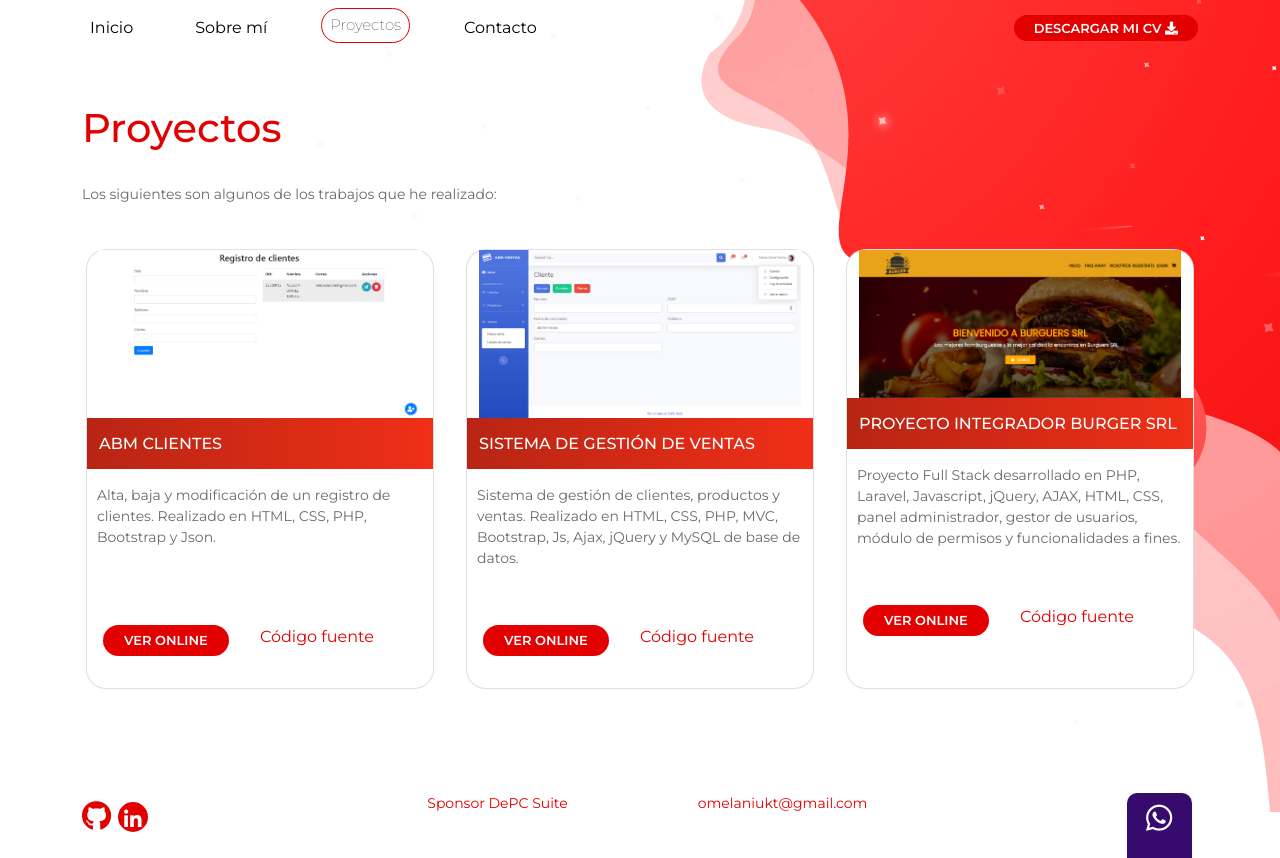
Repository: tamara-o1995/Portafolio
Page: http://localhost/php/proyectos.php
The author's editor kept a copy of each file at every save. The page is drawn from the files as they stood at one save, then again after the next save.
The browser window is 1280 px wide. The pictures show the whole page.
The page is run by PHP 8.4 with error messages shown; the project is at /var/www/html/.

Above is the page before, as saved 2021-09-29 16:21:02.

### proyectos.php

<!DOCTYPE html>
<html lang="es">

<head>
    <meta charset="UTF-8">
    <meta http-equiv="X-UA-Compatible" content="IE=edge">
    <meta name="viewport" content="width=device-width, initial-scale=1.0">
    <title>Proyectos</title>
    <link rel="stylesheet" href="css/bootstrap.min.css">
    <link rel="styesheet" href="css/fontawesome/css/all.min.css">
    <link rel="stylesheet" href="css/fontawesome/css/">
    <link rel="stylesheet" href="https://use.fontawesome.com/releases/v5.15.2/css/all.css" integrity="sha384-vSIIfh2YWi9wW0r9iZe7RJPrKwp6bG+s9QZMoITbCckVJqGCCRhc+ccxNcdpHuYu" crossorigin="anonymous">
    <link href="https://fonts.googleapis.com/css?family=Montserrat:100,200,300,400,500,600,700,800,900&display=swap" rel="stylesheet">
    <link rel="stylesheet" href="css/estilos.css">
    <script src="js/bootstrap.bundle.min.js"></script>
</head>

<body class="img-fondo-b">
    <header>
        <div class="container">
            <?php
                $pg = "proyectos";
                include_once("menu.php");
            ?>
        </div>
    </header>
    <main>
        <div class="container">
            <div class="row">
                <div class="col-12 mt-sm-5 titulo">
                    <h1>Proyectos</h1>
                </div>
            </div>
            <div class="row">
                <div class="col-sm-6 col-12 my-4">
                    <p>Los siguientes son algunos de los trabajos que he realizado:</p>
                </div>
            </div>
            <div class="row">
                <div class="pro col-sm-4 col-12">
                    <div class="pro row card m-1">
                        <img class="img-fluid" src="images/abmclientes.png" alt="ABM Clientes" title="ABM Clientes">
                        <div class="col-12 color-gradiente py-3">
                            <h2>ABM Clientes</h2>
                        </div>
                        <div class="texto col-12 py-3">
                            <p>Alta, baja y modificación de un registro de clientes. Realizado en HTML, CSS, PHP, Bootstrap y Json.</p>
                        </div>
                        <div class="row p-3 pb-0">
                            <div class="col-6">
                                <a href="http://localhost/php/abmclientes/index.php" class="btn text-white btn-rojo" target="_blank">Ver online</a>
                            </div>
                            <div class="col-6">
                                <a href="https://github.com/tamara-o1995/php/tree/master/abmclientes" class="link-rojo" target="_blank">Código fuente</a>
                            </div>
                        </div>
                    </div>
                </div>
                <div class="col-sm-4 col-12">
                    <div class="pro row card m-1">
                        <img class="img-fluid" src="images/abmventas.png" alt="Sistema de Gestión de Ventas" title="Sistema de Gestión de Ventas">
                        <div class="col-12 color-gradiente py-3">
                            <h2>Sistema de gestión de ventas</h2>
                        </div>
                        <div class="texto col-12 py-3">
                            <p>Sistema de gestión de clientes, productos y ventas. Realizado en HTML, CSS, PHP, MVC, Bootstrap, Js, Ajax, jQuery y MySQL de base de datos.</p>
                        </div>
                        <div class="row p-3 pb-0">
                            <div class="col-6">
                                <a href="http://localhost/php/login/login.php" class="btn text-white btn-rojo" target="_blank">Ver online</a>
                            </div>
                            <div class="col-6">
                                <a href="https://github.com/tamara-o1995/login" class="link-rojo" target="_blank">Código fuente</a>
                            </div>
                        </div>
                    </div>
                </div>
                <div class="col-sm-4 col-12">
                    <div class="pro row card m-1">
                        <img class="img-fluid" src="images/Captura.PNG" alt="Proyecto" title="Proyecto">
                        <div class="col-12 color-gradiente py-3">
                            <h2>Proyecto integrador Burger SRL</h2>
                        </div>
                        <div class="texto col-12 py-3">
                            <p>Proyecto Full Stack desarrollado en PHP, Laravel, Javascript, jQuery, AJAX, HTML, CSS, panel administrador, gestor de usuarios, módulo de permisos y funcionalidades a fines.</p>
                        </div>
                        <div class="row p-3 pb-0">
                            <div class="col-6">
                                <a href="http://127.0.0.1:8000" class="btn text-white btn-rojo" target="_blank">Ver online</a>
                            </div>
                            <div class="col-6">
                                <a href="https://github.com/tamara-o1995?tab=repositories" class="link-rojo" target="_blank">Código fuente</a>
                            </div>
                        </div>
                    </div>
                </div>

            </div>

        </div>
    </main>
    <?php
    $fo = "footer-b";
    include_once("footer.php");
    ?>
</body>

</html>

### menu.php
<nav class="navbar navbar-expand-md px-0">
    <button class="navbar-toggler mb-1 btn-menu" type="button" data-bs-toggle="collapse" data-bs-target="#navbarsExampleDefault" aria-controls="navbarsExampleDefault" aria-expanded="false" aria-label="Toggle navigation">
        <span class="navbar-toggler-icon mt-1"><i class="fas fa-bars"></i></span>
    </button>
    <div class="col-12 justify-content-between collapse navbar-collapse" id="navbarsExampleDefault">
        <ul class="i-s-p-c navbar-nav mr-auto text-center div-menu">
            <li class="nav-item pr-5">
                <a class="nav-link <?php echo $pg == "inicio" ? "active" : " "; ?>" href="index.php">Inicio</a>
            </li>
            <li class="nav-item pr-5">
                <a class="nav-link <?php echo $pg == "sobre-mi" ? "active" : " "; ?>" href="sobre-mi.php">Sobre mí</a>
            </li>
            <li class="nav-item pr-5">
                <a class="nav-link <?php echo $pg == "proyectos" ? "active" : " "; ?>" href="proyectos.php">Proyectos</a>
            </li>
            <li class="nav-item pr-5">
                <a class="nav-link <?php echo $pg == "contacto" ? "active" : " "; ?>" href="contacto.php">Contacto</a>
            </li>
        </ul>
        <div class="form-inline my-2 my-lg-0 div-menu">
            <a href="css/Tamara Omelaniuk C.V..pdf" class="btn-cv text-white">Descargar mi CV <i class="fas fa-download"></i></a>
        </div>
    </div>
</nav>

### footer.php
<footer>
        <div class="container <?php echo $fo;?>">
            <div class="row mt-3">
                <div class="col-sm-3 col-12 text-sm-left pb-sm-0 pb-3 iconos">
                    <a href="https://github.com/tamara-o1995" target="_blank" title="Github"><i class="fab fa-github"></i></a>
                    <a href="https://www.linkedin.com/in/tamara-omelaniuk-4942781ba/" target="_blank" title="Linkedin"><i class="fab fa-linkedin-in"></i></a>
                </div>
                <div class="col-sm-3 col-12 text-sm-left text-center pb-sm-0 pb-3">
                    Sponsor <a href="https://depcsuite.com" target="_blank" title="DEPCSUITE">DePC Suite</a>
                </div>
                <div class="col-sm-3 col-12 text-sm-left text-center pb-sm-0 pb-3">
                    <a href="mailto:info@depcsuite.com">omelaniukt@gmail.com</a>
                </div>
                <div class="col-sm-3 col-12 text-right wapp">
                    <a href="https://api.whatsapp.com/send?phone=542494466495" title="Whatsapp"><i class="fab fa-whatsapp"></i></a>
                </div>

            </div>
        </div>
</footer>

### css/estilos.css
/*general*/

body {
    font-family: 'Montserrat', sans-serif;
}

.img-fondo-a {
    background-image: url("../images/fondo-a.png");
    background-repeat: no-repeat;
    background-size: 109%;
}

.img-fondo-b {
    background-image: url("../images/fondo-b.png");
    background-repeat: no-repeat;
    background-size: 100%;
    height: 850px;
}

.texto {
    height: 140px;
    width: 345px;
    padding: 10px;
}

.pro {
    height: 440px;
}

p {
    color: #6A6A6A;
    font-size: 14px;
}

h1,
.link-rojo {
    color: #E20000;
}

h2 {
    font-size: 16px;
    text-transform: uppercase;
    color: white;
    padding: 0px;
    margin: 0px;
}

#tecnologias h2:first-letter {
    text-transform: uppercase;
}

#tecnologias h2:not(first-letter) {
    text-transform: lowercase;
}

h3 {
    font-size: 14px;
    color: #282828;
    font-weight: 300;
    margin-top: 50px;
}

.experiencia h3,
.estudios h3 {
    font-size: 20px;
    color: gray;
    font-weight: 800;
    margin-top: 0px;
    margin-bottom: 0px;
}

.experiencia h4,
.estudios h4 {
    font-size: 18px;
    font-weight: 700;
}

.experiencia h4 {
    color: #370A6D;
}

.estudios h4 {
    color: #E20000;
}

.experiencia h5,
.estudios h5 {
    font-size: 14px;
    color: gray;
}

.experiencia p,
.estudios p {
    font-size: 13px;
}

.card {
    border-radius: 20px;
}

.color-gradiente {
    background: linear-gradient(90deg, rgba(184, 37, 20, 1) 0%, rgba(240, 47, 23, 1) 100%);
}


/*general*/


/*contacto-sobremi-proyectos-index*/

.nav-link {
    color: black;
    /* margin-left: 23px; */
    margin-right: 46px;
}

a.nav-link {
    color: black;
}

.nav-link:hover {
    text-decoration: none;
}

.active {
    color: rgba(0, 0, 0, 0.904);
    border: 1px solid #E20000;
    font-size: 15px;
    border-radius: 20px;
    padding: 5px 20px;
    font-weight: 100;
    text-align: center;
}

.conocer-proyectos {
    background-color: white;
    color: #370A6D;
    font-size: 15px;
    border-radius: 20px;
    padding: 5px 20px;
    font-weight: bold;
    text-transform: uppercase! important;
}

.conocer-proyectos:hover {
    color: white;
    background-color: #370A6D;
    text-decoration: none;
}

.btn,
.btn-cv,
.btn-desc-cv {
    background-color: #E20000;
    font-size: 13px;
    border-radius: 20px;
    padding: 5px 20px;
    font-weight: 600;
    text-transform: uppercase! important;
}

.experiencia .btn {
    background-color: #370A6D;
}

.btn:hover {
    background-color: #370A6D;
    text-decoration: none;
}

.experiencia .btn:hover {
    background-color: #E20000;
    text-decoration: none;
}


/*contacto-sobremi-proyectos-index*/

.boton:not(:disabled):not(.disabled) {
    cursor: pointer;
}


/*formulario*/

input,
textarea {
    border-radius: 15px !important;
    border: 0px !important;
}

textarea {
    height: 150px !important;
    resize: none;
}

button {
    color: white;
    background-color: white;
    border-radius: 30px;
    font-size: 20px;
    float: right;
    padding: 12px 50px 12px 50px;
    font: bold;
    font-size: 20px;
}

.btn-enviar {
    background-color: #FFFFFF;
    color: #370A6D;
    font-weight: 500;
    font-size: 16px;
    border-radius: 20px;
    padding: 6px 39px;
    border: none;
}

.btn-enviar:hover {
    background-color: #370A6D;
    color: white;
}


/*formulario*/


/*footer*/

.footer-a,
.footer-b {
    margin-top: 100px;
}

.footer-a,
.footer-a a {
    color: white;
    font-size: 14px;
}

.footer-b,
.footer-b a {
    color: #E20000;
    font-size: 14px;
}

.fa-github {
    font-size: 30px;
    height: 32px;
    width: 32px;
    padding: 8px 0 0 0;
}

.footer-a .fa-github {
    color: white;
}

.footer-b .fa-github {
    color: #E20000;
}

.fa-linkedin-in {
    font-size: 20px;
    height: 30px;
    width: 30px;
    text-align: center;
    padding-top: 8px;
    border-radius: 80px;
    margin-bottom: 8px;
}

.footer-a .fa-linkedin-in {
    color: #E20000;
    background-color: white;
}

.footer-b .fa-linkedin-in {
    color: white;
    background-color: #E20000;
}

footer .fa-whatsapp {
    margin-left: 190px;
    bottom: 0px;
    color: white;
    background-color: #370A6D;
    font-size: 30px;
    padding: 10px 19px;
    border-radius: 10px 10px 0 0;
    height: 65px;
    width: 65px;
}

.card-idioma {
    border-radius: 17px;
    margin-left: 1px;
    margin-right: 1px;
}

.card-idioma .card {
    background-color: #370A6D;
    color: white;
    font-size: 80px;
    height: 150px;
    width: 150px;
}

.card-idioma h2 {
    color: rgba(0, 0, 0, 0.904);
    font-weight: bold;
}

.exp h2,
.est h2 {
    text-transform: none;
    font-size: 20px;
    font-weight: bold;
}

.exp h2 {
    color: #370A6D;
}

.est h2 {
    color: #E20000;
}

.exp .fas,
.est .fas {
    font-size: 55px;
}

a {
    text-decoration: none;
}

a:hover {
    text-decoration: underline;
}


/*footer*/

.img-fondo-a .div-cohete {
    height: 410px;
}

.img-fondo-a .cohete {
    height: 400px;
}

.img-fondo-a .cohete:hover {
    height: 410px;
}

.img-fondo-a .presentacion p {
    color: white;
    font-size: 17px;
    border: 1px solid white;
    border-radius: 50px;
    font-weight: 600;
}

.p-1 {
    padding: .25rem!important;
}

.tamara {
    font-weight: bold;
    text-decoration: underline;
    color: white;
}

.div-foto-cv {
    margin-left: 100px;
}

.foto-cv {
    height: 350px;
    width: 350px;
    display: block;
    background-color: #fff;
    border-radius: 50%;
}

.img-fluid {
    max-width: 100%;
    vertical-align: middle;
    border-style: none;
}

.desc-cv {
    color: white;
    font-size: 15px;
    border-radius: 20px;
    /* padding: 10px 15px; */
    font-weight: 100;
}


/* .desc-cv:hover {
        color: white;
        font-size: 15px;
        border-radius: 20px;
        padding: 5px 20px;
        font-weight: 100;
    } */

.experiencia,
.estudios {
    border-radius: 17px;
    width: 550px;
}

@media only screen and (max-width: 700px) {
    .btn-menu {
        border: solid 1px #E20000;
        color: #E20000;
        height: 35px;
        width: 35px;
        padding: 2px;
    }
    nav .active {
        color: white;
        border: 1px solid white;
    }
    .img-fondo-a {
        background-repeat: round;
        background-size: 450%;
    }
    .div-menu,
    .text-right,
    .iconos,
    .titulo,
    .wapp {
        display: flex;
        justify-content: center;
    }
    .nav-link {
        margin: 0;
    }
    nav .active {
        color: black;
        border: 1px solid #E20000;
    }
    .fab {
        margin: 0;
        padding: 0;
    }
    .fa-linkedin-in {
        padding-top: 6px;
    }
    .img-fondo-a .presentacion p {
        color: #370A6D;
        border: 1px solid #370A6D;
    }
    footer .fa-whatsapp {
        margin: 0;
    }
    .btn {
        background-color: #E20000;
        font-size: 13px;
        border-radius: 20px;
        padding: 5px 20px;
        font-weight: 600;
        text-transform: uppercase! important;
        margin-top: -30px;
    }
    .btn-desc-cv {
        background-color: #E20000;
        font-size: 13px;
        border-radius: 20px;
        padding: 5px 20px;
        font-weight: 600;
        text-transform: uppercase! important;
        margin-left: 115px;
        margin-top: -30px;
    }
    .foto-cv {
        height: 300px;
        width: 300px;
        display: block;
        background-color: #fff;
        border-radius: 50%;
        margin-left: -80px;
        margin-top: -100px;
        padding-bottom: 20px;
    }
    .shadow {
        box-shadow: none! important;
    }
}

Loaded but not shown: css/bootstrap.min.css (library); js/bootstrap.bundle.min.js (library)

After the next save:
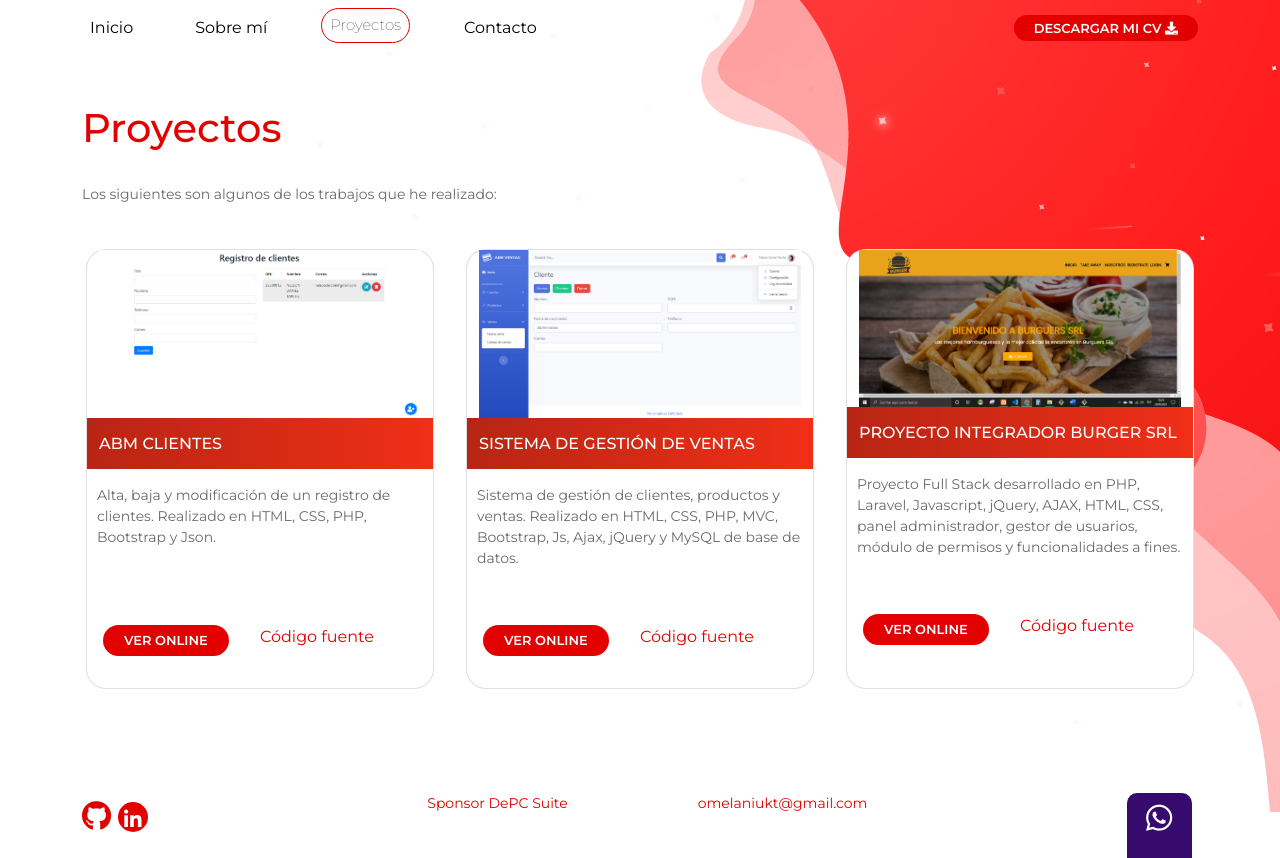
Saved 5 min 1 s later.
--- a/proyectos.php
+++ b/proyectos.php
@@ -78,7 +78,7 @@
                 </div>
                 <div class="col-sm-4 col-12">
                     <div class="pro row card m-1">
-                        <img class="img-fluid" src="images/Captura.PNG" alt="Proyecto" title="Proyecto">
+                        <img class="img-fluid" src="images/Captura1.PNG" alt="Proyecto" title="Proyecto">
                         <div class="col-12 color-gradiente py-3">
                             <h2>Proyecto integrador Burger SRL</h2>
                         </div>
